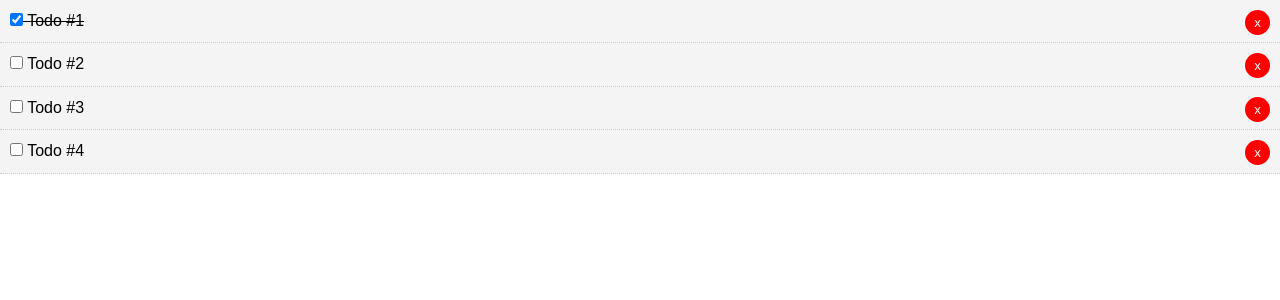
Repository: n0rthern-light/vuejs-taskmanager
Page: /
An editor plug-in stored every save of this project. The page is shown before and after the next save, followed by the edit.
The browser window is 1280 px wide. The pictures show the whole page.
The project was rebuilt for these pictures with package versions that can differ from the ones it lists, and the page was loaded fresh each time.

Above is the page before, as saved 2019-02-18 15:32:34.

After the next save:
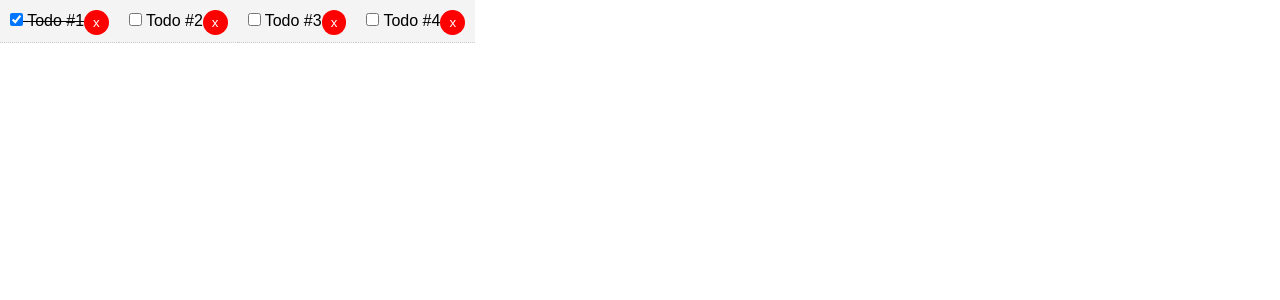
Saved 7 s later.
--- a/src/components/Todos.vue
+++ b/src/components/Todos.vue
@@ -19,5 +19,7 @@ export default {
 </script>
 
 <style scoped>
-
+.container {
+  display: flex;
+}
 </style>
